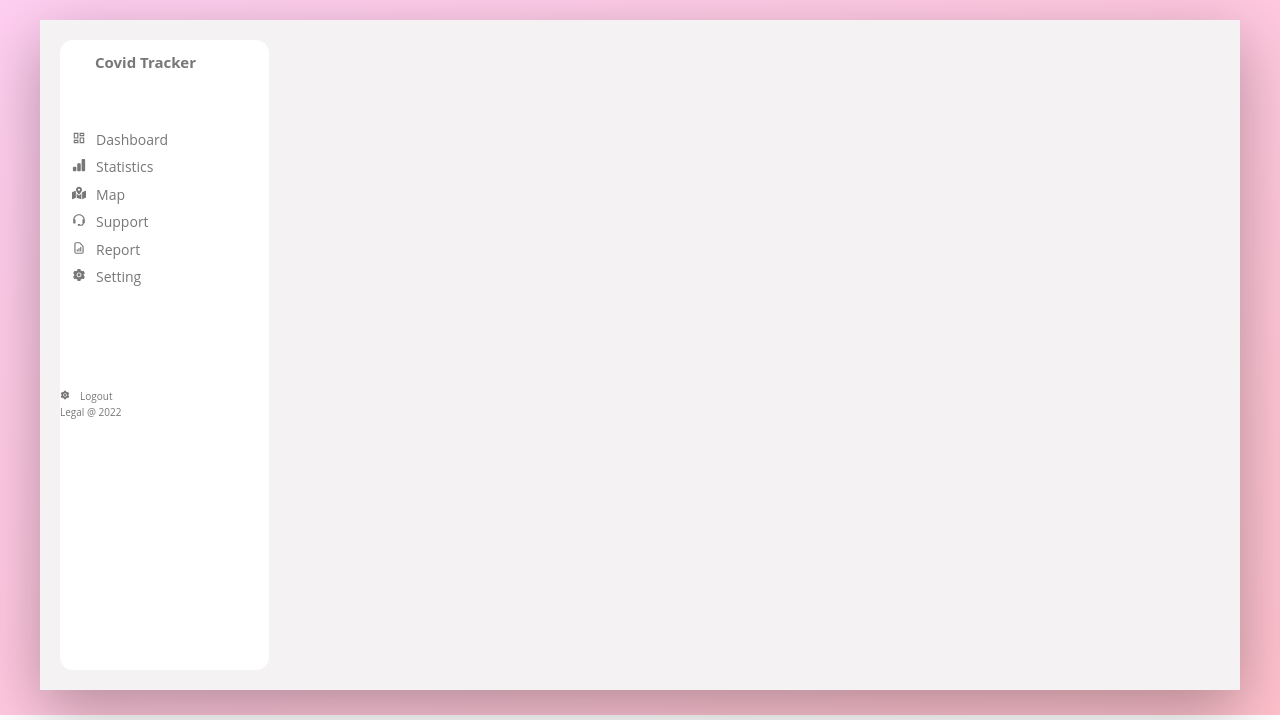
Repository: okidijimmy200/CovidAdminTracker
Page: /
The author's editor kept a copy of each file at every save. The page is drawn from the files as they stood at one save, then again after a run of saves.
The browser window is 1280 px wide. The pictures show the whole page.
The project was rebuilt for these pictures with package versions that can differ from the ones it lists, and the page was loaded fresh each time.

Above is the page before, as saved 2022-06-16 11:54:48.

After the next 4 saves:
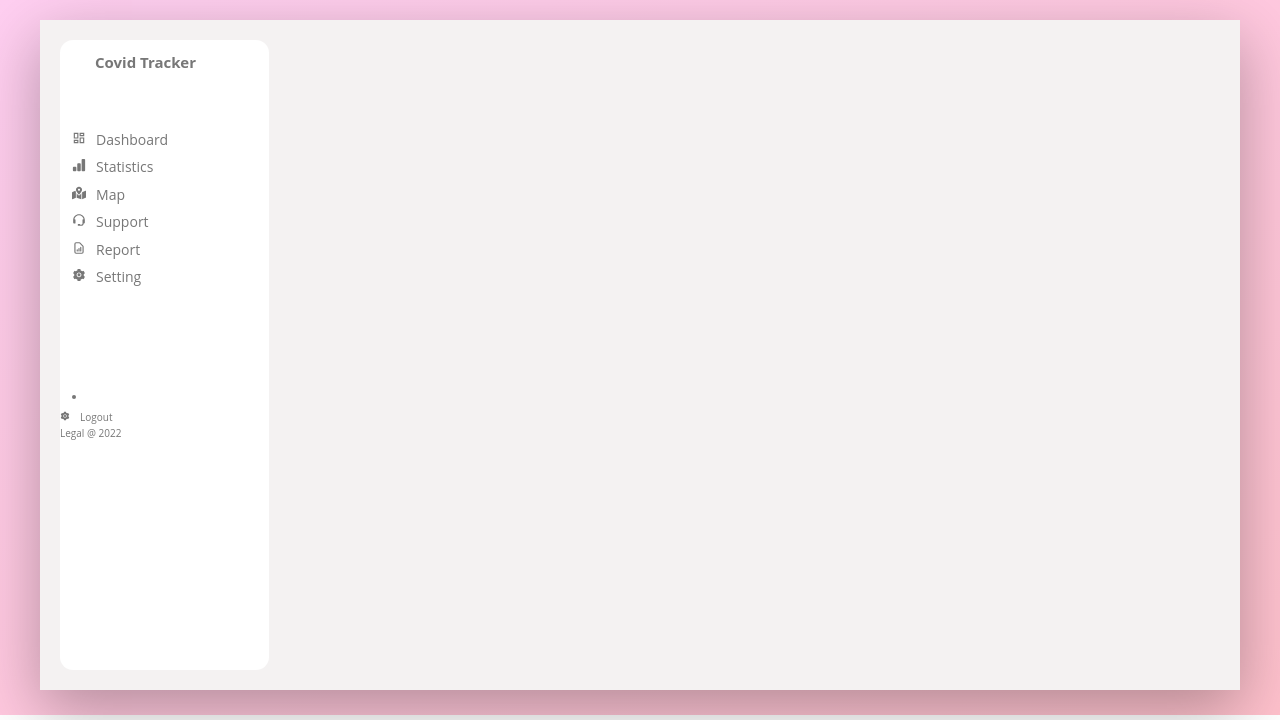
The 4 saves are shown as one change because 1 did not build or start and some came seconds apart.
The last was saved 5 min 6 s later.
--- a/src/sidebar/sidebar.tsx
+++ b/src/sidebar/sidebar.tsx
@@ -68,6 +68,7 @@ export default function sidebar() {
         </ul>
             </div>
             <div className='logout'>
+            <li className="side-nav__item"></li>
             <span className="side-nav__icon">
                         {/* <use xlink:href="img/sprite.svg#icon-map"></use> */}
                         <AiFillSetting />
